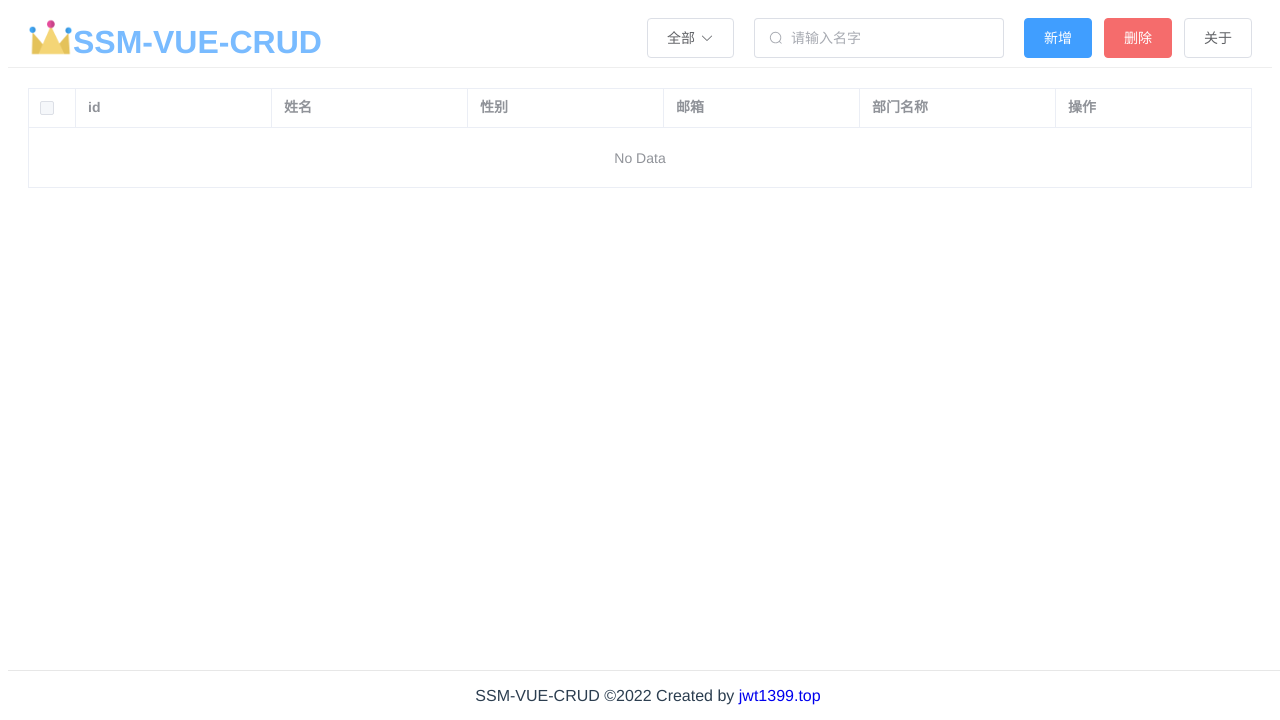
Repository: jwt1399/ssm-vue-crud
Page: / (app in ssm-crud-front/)
An editor plug-in stored every save of this project. The page is shown before and after the next save, followed by the edit.
The browser window is 1280 px wide. The pictures show the whole page.
The project was rebuilt for these pictures with package versions that can differ from the ones it lists, and the page was loaded fresh each time. Also part of the build but not shown: ssm-crud-front/vue.config.js.

Above is the page before, as saved 2022-06-09 12:57:15.

### ssm-crud-front/public/index.html
<!DOCTYPE html>
<html lang="zh-Hans">
  <head>
    <meta charset="utf-8">
    <meta http-equiv="X-UA-Compatible" content="IE=edge">
    <meta name="viewport" content="width=device-width,initial-scale=1.0">
    <link rel="icon" href="<%= BASE_URL %>favicon.png">
    <title><%= htmlWebpackPlugin.options.title %></title>
  </head>
  <body>
    <noscript>
      <strong>We're sorry but <%= htmlWebpackPlugin.options.title %> doesn't work properly without JavaScript enabled. Please enable it to continue.</strong>
    </noscript>
    <div id="app"></div>
    <!-- built files will be auto injected -->
  </body>
</html>

### ssm-crud-front/src/main.js
import { createApp } from 'vue'
import App from './App.vue'
import router from './router'
import ElementPlus from 'element-plus'
import 'element-plus/dist/index.css'
import * as ElementPlusIconsVue from '@element-plus/icons-vue'

const app = createApp(App)

//配置全局icon
for (const [key, component] of Object.entries(ElementPlusIconsVue)) {
    app.component(key, component)
  }

app.use(router).use(ElementPlus).mount('#app')

### ssm-crud-front/src/App.vue
<template>
  <Header/>
  <router-view/>
  <Footer/>
</template>

<script>
import Header from '@/components/Header.vue'
import Footer from '@/components/Footer.vue'
export default {
    components: {
        Header,
        Footer,
    }
}
</script>

<style>
#app {
  font-family: Avenir, Helvetica, Arial, sans-serif;
  -webkit-font-smoothing: antialiased;
  -moz-osx-font-smoothing: grayscale;
  text-align: center;
  color: #2c3e50;
}
</style>

### ssm-crud-front/src/router/index.js
import { createRouter, createWebHashHistory } from 'vue-router'
import CrudView from '../views/CrudView.vue'
const routes = [
  {
    path: '/',
    name: 'home',
    component: CrudView
  },
  {
    path: '/about',
    name: 'about',
    // route level code-splitting
    // this generates a separate chunk (about.[hash].js) for this route
    // which is lazy-loaded when the route is visited.
    component: () => import(/* webpackChunkName: "about" */ '../views/AboutView.vue')
  }
]

const router = createRouter({
  history: createWebHashHistory(),
  routes
})

export default router

### ssm-crud-front/src/components/Header.vue
<template>
 <el-header class="header">
    <div class="nav">
        <a href="/" class="nav-link">
            <img src="../assets/favicon.png" alt="logo" class="nav-logo">
            <h1 class="nav-title ">SSM-VUE-CRUD</h1>
        </a>
    </div>
    <div class="nav-item">
        <el-dropdown>
            <el-button size="large">
                全部
                <el-icon class="el-icon--right">
                    <arrow-down />
                </el-icon>
            </el-button>
            <template #dropdown>
                <el-dropdown-menu>
                    <el-dropdown-item>Action 1</el-dropdown-item>
                    <el-dropdown-item>Action 2</el-dropdown-item>
                </el-dropdown-menu>
            </template>
        </el-dropdown>

        <div class="nav-search">
            <el-input
            placeholder="请输入名字"
            v-model="search"
            size="large"
            @change="searchChange"
            clearable >
                <template #prefix>
                    <el-icon class="el-input__icon"><search /></el-icon>
                </template>
            </el-input>

        </div>
        <el-button type="primary" size="large" @click="addEmployee()">新增</el-button>
        <el-button type="danger" size="large" @click="batchDeleteEmployee()">删除</el-button>
        <!-- <router-link to='/about'> -->
        <el-button type="default" size="large" @click="skipAbout()">关于</el-button>
        <!-- </router-link> -->
    </div>
</el-header>
</template>

<script>
import { useRouter } from 'vue-router'

export default {
    name: 'Header',
    setup() {
        const router = useRouter()
        const skipAbout = ()=>{
        // window.location.href='#/about';
        // router.push({path:'about'})
        router.push({ name: 'about'})
        }
        return {
            skipAbout,
        }
    },

}


</script>



<style scoped>
.nav-logo {
	height: 45px;
	width: 45px;
	vertical-align: middle;
	display: inline-block;
}

.nav-title {
	font-size: 2rem;
	display: inline-block;
	vertical-align: middle;
	color: #79bbff;
	padding-top: 10px;
}

.nav-item {
	display: flex;
	align-items: center;
}

.nav-search {
	width: 250px;
	margin: 0 20px;
}

.header {
	display: flex;
	align-items: center;
	justify-content: space-between;
	width: 100%;
	border-bottom: 1px solid #eee;
	min-width: 800px;
}



</style>

### ssm-crud-front/src/components/Footer.vue
<template>
<el-footer class="footer">
    <span>SSM-VUE-CRUD ©2022 Created by </span>
    <a href="https://jwt1399.top" style="text-decoration: none;"> jwt1399.top</a>
 </el-footer>
</template>


<script>
export default{
    name:'Footer',
}
</script>

 <style scoped>
.footer {
   /*等于footer的高度 */
    /* margin-top: 60px;  */


    position: fixed;

    text-align: center;
    bottom: 0px;
    width: 100%;
    height: 50px;
    background-color: #fff;
    border-top:1px solid #E7E7E7;
    line-height:50px;
}

</style>

### ssm-crud-front/src/views/CrudView.vue
<template>
    <Form/>
</template>


<script>
import Form from '@/components/Form.vue'
export default {
    name: 'CrudView',
    components: {
        Form,
    }
}
</script>

### ssm-crud-front/src/components/Form.vue
  <template>
    <el-main>
        <div class="data-table">
            <el-table :data="employeeList" border style="width: 100%" v-loading="loading"
                @selection-change="handleSelectionChange">
                <el-table-column type="selection"></el-table-column>
                <el-table-column prop="empId" label="id"></el-table-column>
                <el-table-column prop="empName" label="姓名"></el-table-column>
                <el-table-column prop="gender" label="性别" :formatter="formatterSex"></el-table-column>
                <el-table-column prop="email" label="邮箱"></el-table-column>
                <el-table-column prop="department.deptName" label="部门名称"></el-table-column>

                <el-table-column label="操作">
                    <el-button type="primary" size="large" :icon="Edit" @click="handleEdit(scope.$index, scope.row)"
                        circle>
                    </el-button>

                    <el-button type="danger" size="large" :icon="Delete" @click="handleDelete(scope.$index, scope.row)"
                        circle>
                    </el-button>
                </el-table-column>
            </el-table>
        </div>
        <div class="table-pagination">
            <el-pagination v-model:current-page="pageNum" v-model:page-size="pageSize" :page-sizes="[5, 10, 15, 20]"
                :small="small" :disabled="disabled" :background="background"
                layout="total, sizes, prev, pager, next, jumper" :total="total" @size-change="handleSizeChange"
                @current-change="handleCurrentChange" />
        </div>
    </el-main>

</template>

<script>
export default {
    name:'Form'
}
</script>



<style scoped>
.table-pagination {
	display: flex;
	justify-content: center;
	padding: 20px;
}

</style>

After the next save:
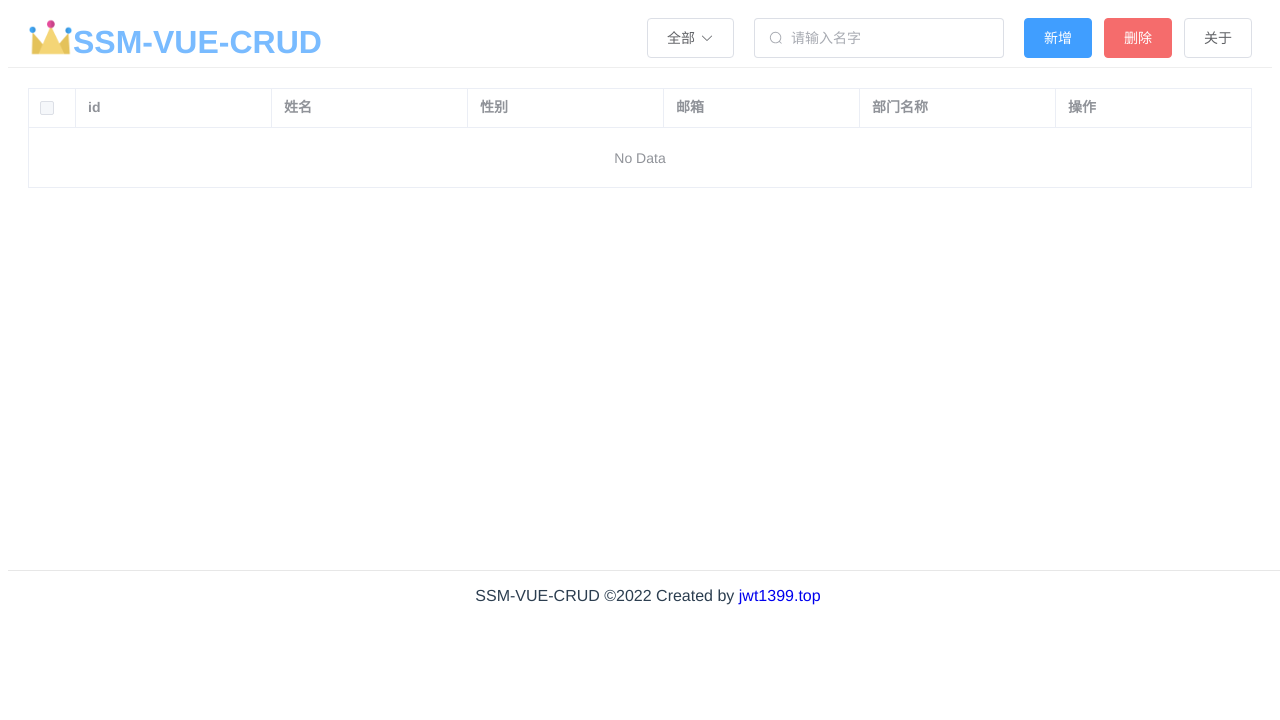
Saved 5 s later.
--- a/ssm-crud-front/src/components/Footer.vue
+++ b/ssm-crud-front/src/components/Footer.vue
@@ -23,7 +23,7 @@
     text-align: center;
     bottom: 0px;
     width: 100%;
-    height: 50px;
+    height: 150px;
     background-color: #fff;
     border-top:1px solid #E7E7E7;
     line-height:50px;

After the save that followed:
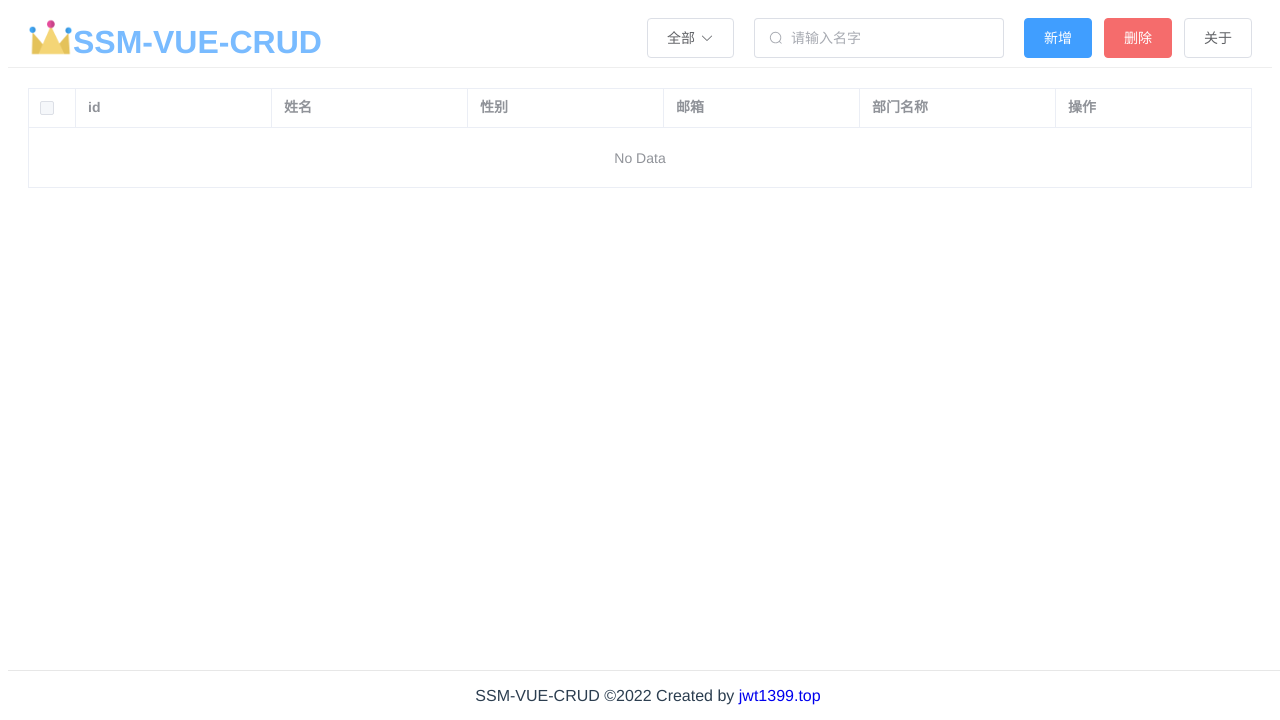
Saved 4 s later.
--- a/ssm-crud-front/src/components/Footer.vue
+++ b/ssm-crud-front/src/components/Footer.vue
@@ -23,7 +23,7 @@
     text-align: center;
     bottom: 0px;
     width: 100%;
-    height: 150px;
+    height: 50px;
     background-color: #fff;
     border-top:1px solid #E7E7E7;
     line-height:50px;
